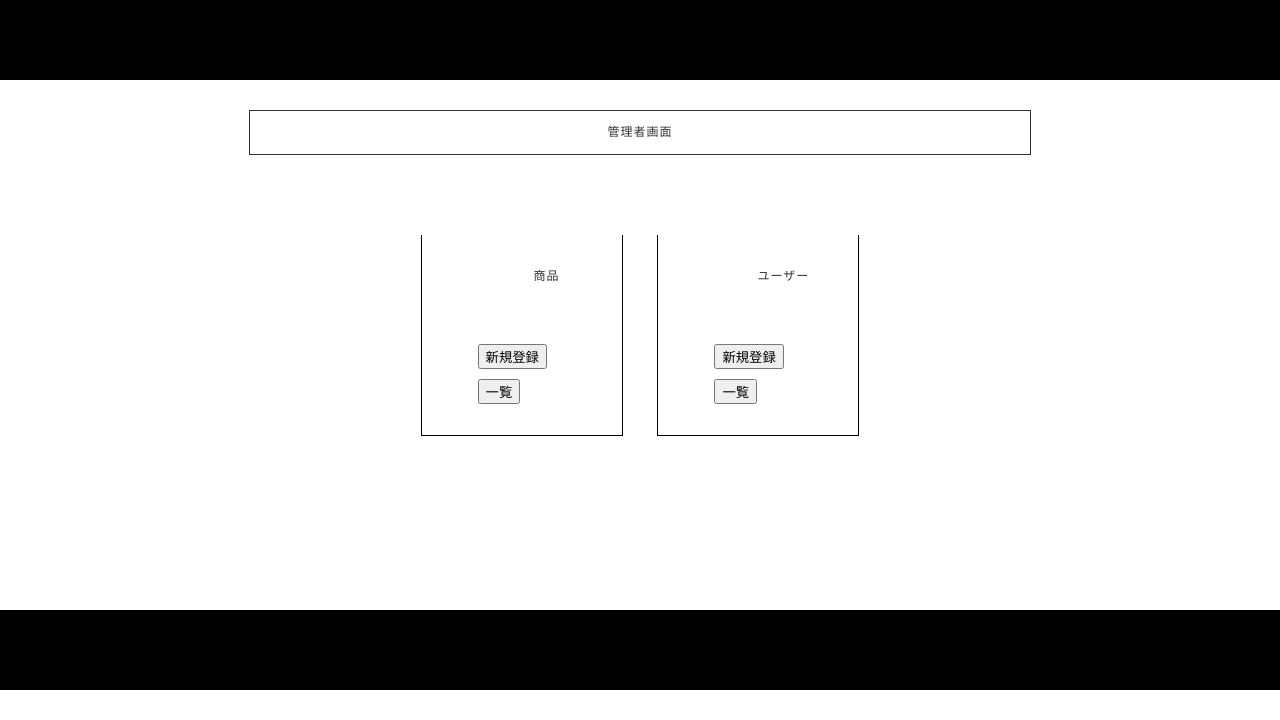
Repository: hiraide8/test
Page: http://localhost/ecsite/admin.jsp
The author's editor kept a copy of each file at every save. The page is drawn from the files as they stood at one save, then again after the next save.
The browser window is 1280 px wide. The pictures show the whole page.
The page is served by Tomcat 9.

Above is the page before, as saved 2019-01-23 11:56:23.

After the next save:
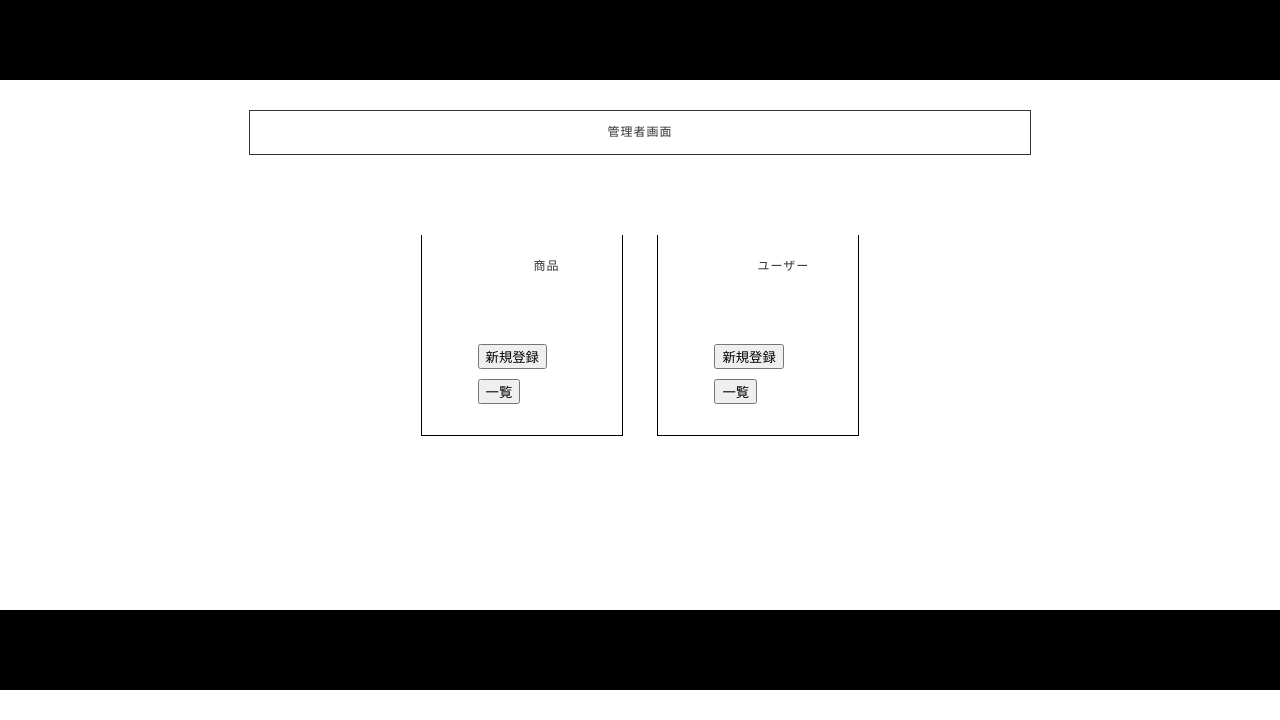
Saved 36 s later.
--- a/ecsite/WebContent/admin.jsp
+++ b/ecsite/WebContent/admin.jsp
@@ -65,7 +65,7 @@
                 }
                 .bbb{
                   position:relative;
-                  top:20px;
+                  top:10px;
                   left:25px;
                 }
        </style>
